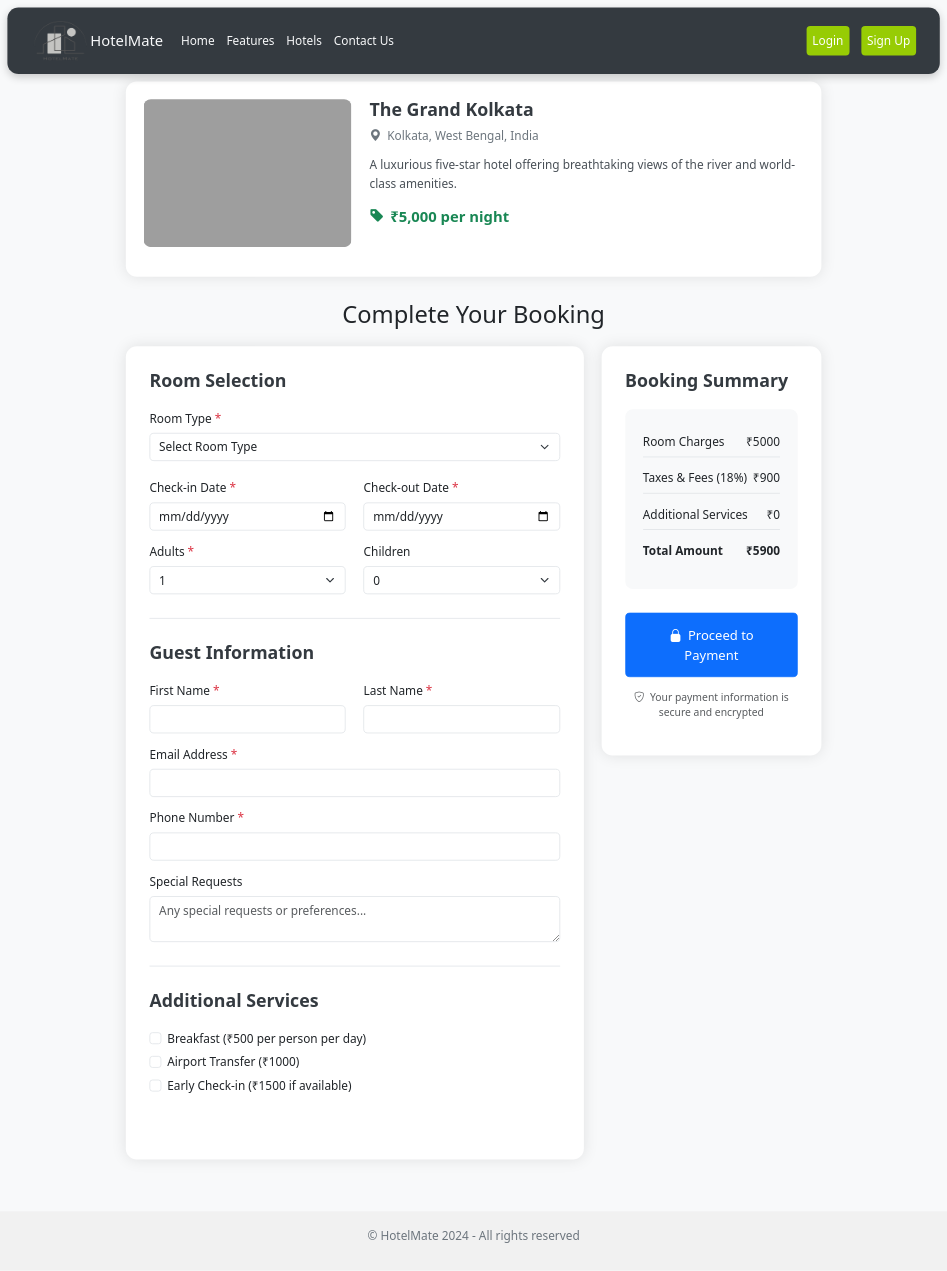
Repository: himanshu2k23/HoteMate
Page: http://localhost/HotelMate/booking.jsp
An editor plug-in stored every save of this project. The page is shown before and after the next save, followed by the edit.
The browser window is 1280 px wide. The pictures show the whole page, at 74% of full size.
Pictures or frames that could not be fetched are drawn as grey boxes. The page is served by Tomcat 10. Other server files are loaded and not shown. The template is opened directly, without the code that normally fills it, so the values that code supplies are empty.

Above is the page before, as saved 2025-01-15 08:41:22.

### HotelMate/src/main/webapp/booking.jsp
<%@ page contentType="text/html;charset=UTF-8" language="java"%>
<!DOCTYPE html>
<html lang="en">
<head>
<meta charset="UTF-8">
<meta name="viewport" content="width=device-width, initial-scale=1.0">
<title>Book Your Stay - HotelMate</title>
<link
	href="https://cdn.jsdelivr.net/npm/bootstrap@5.3.0/dist/css/bootstrap.min.css"
	rel="stylesheet">
<link
	href="https://cdn.jsdelivr.net/npm/bootstrap-icons/font/bootstrap-icons.css"
	rel="stylesheet">

<style>
body {
	background-color: #f8f9fa;
}

.booking-container {
	max-width: 1000px;
	margin: 40px auto;
	padding: 30px;
	margin-top: 80px;
}

.booking-form {
	background: white;
	padding: 2rem;
	border-radius: 15px;
	box-shadow: 0 0 20px rgba(0, 0, 0, 0.1);
}

.booking-summary {
	background: #f8f9fa;
	padding: 1.5rem;
	border-radius: 10px;
	margin-bottom: 2rem;
}

.price-detail {
	display: flex;
	justify-content: space-between;
	margin-bottom: 0.5rem;
	padding: 0.5rem 0;
	border-bottom: 1px solid #dee2e6;
}

.price-detail:last-child {
	border-bottom: none;
	font-weight: bold;
}

.form-section {
	margin-bottom: 2rem;
	padding-bottom: 1rem;
	border-bottom: 1px solid #dee2e6;
}

.form-section:last-child {
	border-bottom: none;
}

.section-title {
	color: #343a40;
	margin-bottom: 1.5rem;
	font-weight: 600;
}

.input-group-text {
	background-color: #f8f9fa;
}

.btn-proceed {
	padding: 1rem 2rem;
	font-size: 1.1rem;
	font-weight: 500;
}

.room-type-select {
	margin-bottom: 1.5rem;
}

.special-requests {
	min-height: 100px;
}

.error-feedback {
	color: #dc3545;
	font-size: 0.875rem;
	margin-top: 0.25rem;
}

.required-field::after {
	content: "*";
	color: #dc3545;
	margin-left: 4px;
}

.hotel-preview {
	background: white;
	padding: 1.5rem;
	border-radius: 15px;
	box-shadow: 0 0 20px rgba(0, 0, 0, 0.1);
	margin-bottom: 2rem;
}

.hotel-image {
	width: 100%;
	height: 200px;
	object-fit: cover;
	border-radius: 10px;
	margin-bottom: 1rem;
}

.hotel-name {
	font-size: 1.5rem;
	font-weight: 600;
	color: #343a40;
	margin-bottom: 0.5rem;
}

.hotel-location {
	color: #6c757d;
	margin-bottom: 1rem;
	display: flex;
	align-items: center;
	gap: 0.5rem;
}

.hotel-description {
	color: #495057;
	margin-bottom: 1rem;
	line-height: 1.6;
}

.price-per-night {
	font-size: 1.25rem;
	color: #198754;
	font-weight: 600;
	margin-bottom: 1rem;
}
</style>
</head>
<body>
	<!-- Navbar -->
	<%@ include file="/Components/navbar.jsp"%>

	<div class="container booking-container">

		<!-- Hotel Preview Section -->
		<div class="hotel-preview">
			<div class="row">
				<div class="col-md-4">
					<img src="https://picsum.photos/400/300?random=1" alt="${name}"
						class="hotel-image">
				</div>
				<div class="col-md-8">
					<h2 class="hotel-name">The Grand Kolkata</h2>
					<div class="hotel-location">
						<i class="bi bi-geo-alt-fill"></i> <span>Kolkata, West
							Bengal, India</span>
					</div>
					<p class="hotel-description">A luxurious five-star hotel
						offering breathtaking views of the river and world-class
						amenities.</p>
					<p class="price-per-night">
						<i class="bi bi-tag-fill me-2"></i>₹5,000 per night
					</p>
				</div>
			</div>
		</div>

		<h2 class="text-center mb-4">Complete Your Booking</h2>

		<div class="row">
			<div class="col-lg-8">
				<form class="booking-form" id="bookingForm"
					action="ProcessPaymentServlet" method="POST">
					<!-- Room Selection -->
					<div class="form-section">
						<h4 class="section-title">Room Selection</h4>
						<div class="room-type-select">
							<label class="form-label required-field">Room Type</label> <select
								class="form-select" name="roomType" required>
								<option value="">Select Room Type</option>
								<option value="deluxe">Deluxe Room</option>
								<option value="suite">Executive Suite</option>
								<option value="presidential">Presidential Suite</option>
							</select>
						</div>

						<div class="row">
							<div class="col-md-6 mb-3">
								<label class="form-label required-field">Check-in Date</label> <input
									type="date" class="form-control" name="checkIn" required>
							</div>
							<div class="col-md-6 mb-3">
								<label class="form-label required-field">Check-out Date</label>
								<input type="date" class="form-control" name="checkOut" required>
							</div>
						</div>

						<div class="row">
							<div class="col-md-6 mb-3">
								<label class="form-label required-field">Adults</label> <select
									class="form-select" name="adults" required>
									<option value="1">1</option>
									<option value="2">2</option>
									<option value="3">3</option>
									<option value="4">4</option>
								</select>
							</div>
							<div class="col-md-6 mb-3">
								<label class="form-label">Children</label> <select
									class="form-select" name="children">
									<option value="0">0</option>
									<option value="1">1</option>
									<option value="2">2</option>
									<option value="3">3</option>
								</select>
							</div>
						</div>
					</div>

					<!-- Guest Information -->
					<div class="form-section">
						<h4 class="section-title">Guest Information</h4>
						<div class="row">
							<div class="col-md-6 mb-3">
								<label class="form-label required-field">First Name</label> <input
									type="text" class="form-control" name="firstName" required>
							</div>
							<div class="col-md-6 mb-3">
								<label class="form-label required-field">Last Name</label> <input
									type="text" class="form-control" name="lastName" required>
							</div>
						</div>

						<div class="mb-3">
							<label class="form-label required-field">Email Address</label> <input
								type="email" class="form-control" name="email" required>
						</div>

						<div class="mb-3">
							<label class="form-label required-field">Phone Number</label> <input
								type="tel" class="form-control" name="phone" required>
						</div>

						<div class="mb-3">
							<label class="form-label">Special Requests</label>
							<textarea class="form-control special-requests"
								name="specialRequests"
								placeholder="Any special requests or preferences..."></textarea>
						</div>
					</div>

					<!-- Additional Services -->
					<div class="form-section">
						<h4 class="section-title">Additional Services</h4>
						<div class="form-check mb-2">
							<input class="form-check-input" type="checkbox" name="breakfast"
								id="breakfast"> <label class="form-check-label"
								for="breakfast"> Breakfast (₹500 per person per day) </label>
						</div>
						<div class="form-check mb-2">
							<input class="form-check-input" type="checkbox" name="airport"
								id="airport"> <label class="form-check-label"
								for="airport"> Airport Transfer (₹1000) </label>
						</div>
						<div class="form-check mb-2">
							<input class="form-check-input" type="checkbox"
								name="earlyCheckin" id="earlyCheckin"> <label
								class="form-check-label" for="earlyCheckin"> Early
								Check-in (₹1500 if available) </label>
						</div>
					</div>
				</form>
			</div>

			<!-- Booking Summary -->
			<div class="col-lg-4">
				<div class="booking-form">
					<h4 class="section-title">Booking Summary</h4>
					<div class="booking-summary">
						<div class="price-detail">
							<span>Room Charges</span> <span>₹5000</span>
						</div>
						<div class="price-detail">
							<span>Taxes & Fees (18%)</span> <span>₹900</span>
						</div>
						<div class="price-detail">
							<span>Additional Services</span> <span>₹0</span>
						</div>
						<div class="price-detail">
							<span>Total Amount</span> <span>₹5900</span>
						</div>
					</div>

					<button type="submit" form="bookingForm"
						class="btn btn-primary w-100 btn-proceed">
						<i class="bi bi-lock-fill me-2"></i>Proceed to Payment
					</button>

					<p class="text-muted small text-center mt-3">
						<i class="bi bi-shield-check me-1"></i> Your payment information
						is secure and encrypted
					</p>
				</div>
			</div>
		</div>
	</div>

	<!-- Footer -->
	<%@ include file="/Components/footer.jsp"%>

	<script
		src="https://cdn.jsdelivr.net/npm/@popperjs/core@2.11.7/dist/umd/popper.min.js"></script>
	<script
		src="https://cdn.jsdelivr.net/npm/bootstrap@5.3.0/dist/js/bootstrap.min.js"></script>

	<script>
	// Calculate number of nights and total amount
    function updatePriceCalculations() {
        const checkIn = new Date(document.querySelector('input[name="checkIn"]').value);
        const checkOut = new Date(document.querySelector('input[name="checkOut"]').value);

        if (checkIn && checkOut) {
            const nights = Math.ceil((checkOut - checkIn) / (1000 * 60 * 60 * 24));
            const basePrice = 5000 * nights;
            const taxes = basePrice * 0.18;
            const total = basePrice + taxes;

            document.getElementById('numberOfNights').textContent = nights;
            document.getElementById('taxesAmount').textContent = `₹${taxes.toFixed(2)}`;
            document.getElementById('totalAmount').textContent = `₹${total.toFixed(2)}`;
        }
    }

    // Add event listeners for date changes
    document.querySelector('input[name="checkIn"]').addEventListener('change', updatePriceCalculations);
    document.querySelector('input[name="checkOut"]').addEventListener('change', updatePriceCalculations);

        document.getElementById('bookingForm').addEventListener('submit', function(e) {
            e.preventDefault();
            // Add your payment gateway integration code here
            alert('Redirecting to payment gateway...');
            this.submit();
        });

        // Update booking summary based on selections
        const updateSummary = () => {
            // Add your price calculation logic here
        };

        // Add date validation
        const checkInDate = document.querySelector('input[name="checkIn"]');
        const checkOutDate = document.querySelector('input[name="checkOut"]');

        const today = new Date().toISOString().split('T')[0];
        checkInDate.min = today;

        checkInDate.addEventListener('change', function() {
            checkOutDate.min = this.value;
        });
    </script>
</body>
</html>

### HotelMate/src/main/webapp/Components/navbar.jsp
<%@ page import="jakarta.servlet.http.HttpSession"%>
<%@ page import="jakarta.servlet.http.HttpServletRequest"%>


<nav class="navbar navbar-expand-lg"
	style="background-color: #343a40; border-radius: 15px; padding: 10px 20px; box-shadow: 0px 4px 12px rgba(0, 0, 0, 0.2); margin: 10px; position: fixed; top: 0px; width: calc(100% - 20px); z-index: 1000;">
	<div class="container-fluid">
		<!-- Logo and Brand Name -->
		<a class="navbar-brand text-light d-flex align-items-center"
			href="index.jsp"> <img
			src="http://localhost:8080/HotelMate/Images/HotelmateLogo.png"
			alt="Logo" width="80" height="60"
			class="d-inline-block align-text-top"> <span
			class="nav-link text-light active">HotelMate</span>
		</a>

		<!-- Toggler button for smaller screens -->
		<button class="navbar-toggler" type="button" data-bs-toggle="collapse"
			data-bs-target="#navbarNav" aria-controls="navbarNav"
			aria-expanded="false" aria-label="Toggle navigation"
			style="border-color: #f8f9fa;">
			<span class="navbar-toggler-icon" style="color: #f8f9fa;"></span>
		</button>

		<!-- Navbar Links -->
		<div class="collapse navbar-collapse" id="navbarNav">
			<ul class="navbar-nav me-auto">
				<li class="nav-item"><a
					class="nav-link text-light active hover-effect" aria-current="page"
					href="index.jsp">Home</a></li>
				<li class="nav-item"><a
					class="nav-link text-light hover-effect" href="#"
					onclick="scrollToFeatures(event)">Features</a></li>
				<li class="nav-item"><a
					class="nav-link text-light hover-effect" href="HotelDataServlet">Hotels</a>
				</li>
				<li class="nav-item"><a
					class="nav-link text-light hover-effect" href="#"
					onclick="scrollToContact(event)">Contact Us</a></li>
			</ul>

			<!-- Login/Sign Up or Account Dropdown -->
			<ul class="navbar-nav ms-auto gap-3">
				<%
				// Check if the session exists and retrieve user data
				if (session.getAttribute("userEmail") != null) {
					String username = (String) session.getAttribute("userEmail");
				%>
				<li class="nav-item dropdown"><a
					class="nav-link dropdown-toggle text-light" href="#"
					id="userDropdown" role="button" data-bs-toggle="dropdown"
					aria-expanded="false"> <i class="bi bi-person-circle"
						style="font-size: 2rem;"></i>
				</a>
					<ul class="dropdown-menu dropdown-menu-end"
						aria-labelledby="userDropdown">
						<li><a class="dropdown-item" href="mybookings.jsp">My
								Bookings</a></li>
						<li><hr class="dropdown-divider"></li>
						<li><a class="dropdown-item" href="LogoutServlet">Logout</a></li>
					</ul></li>
				<%
				} else {
				// User is not logged in
				%>
				<li class="nav-item"><a class="nav-link login-btn"
					href="login.jsp">Login</a></li>
				<li class="nav-item"><a class="nav-link signup-btn"
					href="signup.jsp">Sign Up</a></li>
				<%
				}
				%>
			</ul>
		</div>
	</div>
</nav>
<script type="text/javascript">
function scrollToFeatures(event) {
	event.preventDefault();
	localStorage.setItem('scrollToFeatures', 'true');
	window.location.href = "index.jsp";
}

function scrollToContact(event) {
	event.preventDefault();
	localStorage.setItem('scrollToContact', 'true');
	window.location.href = "index.jsp";
}

</script>

<style>
.hover-effect {
	transition: color 0.3s ease, background-color 0.3s ease;
}

.hover-effect:hover {
	color: #97CC04 !important;
}

.login-btn, .signup-btn {
	background-color: #97CC04;
	color: #fff;
	border-radius: 5px;
	padding: 8px 15px;
	transition: background-color 0.3s ease;
}

.login-btn:hover, .signup-btn:hover {
	background-color: #76b302;
	color: #fff;
}
</style>

### HotelMate/src/main/webapp/Components/footer.jsp
<style>
.footer {
	padding: 20px 0;
	background-color: #f1f1f1;
	text-align: center;
}
</style>

<div class='footer' id="footer">
	<p class="text-center text-secondary">© HotelMate 2024 - All
		rights reserved</p>
</div>

After the next save:
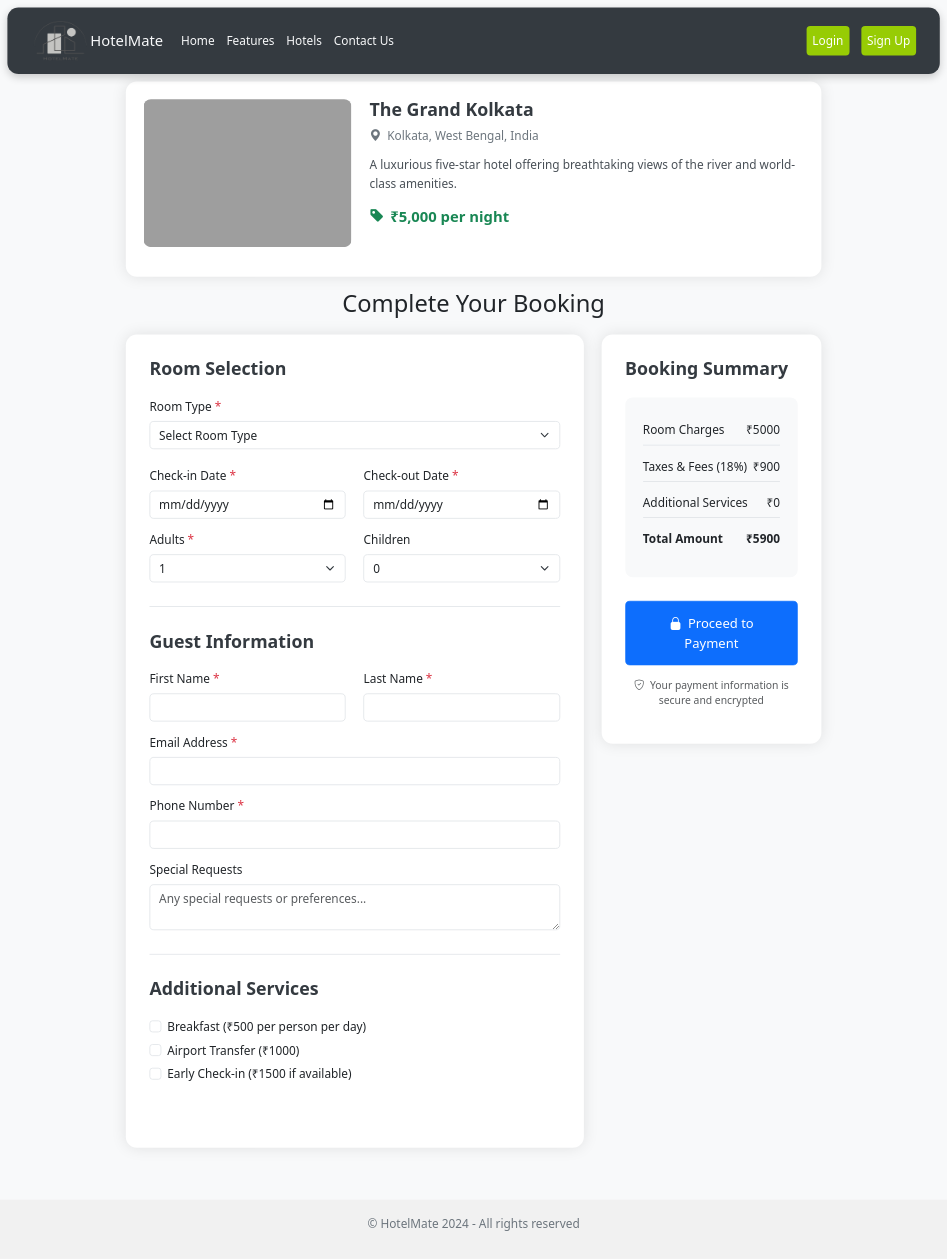
Saved 55 s later.
--- a/HotelMate/src/main/webapp/booking.jsp
+++ b/HotelMate/src/main/webapp/booking.jsp
@@ -102,7 +102,7 @@ body {
 	padding: 1.5rem;
 	border-radius: 15px;
 	box-shadow: 0 0 20px rgba(0, 0, 0, 0.1);
-	margin-bottom: 2rem;
+	margin-bottom: 1rem;
 }
 
 .hotel-image {
